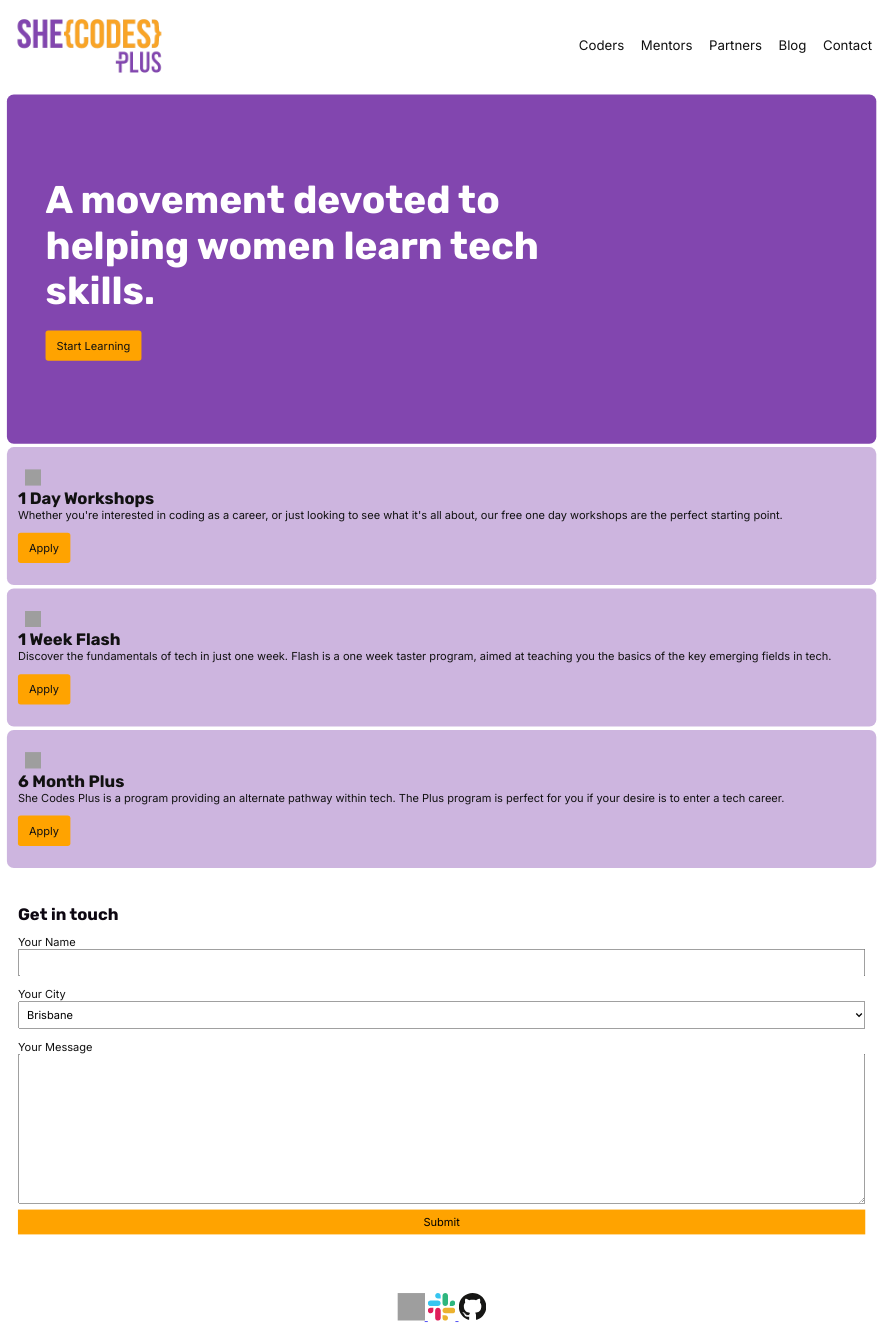
Repository: devashrisamani/website_shecodes_week1
Page: index.html
The author's editor kept a copy of each file at every save. The page is drawn from the files as they stood at one save, then again after the next save.
The browser window is 1280 px wide. The pictures show the whole page, at 69% of full size.
Pictures or frames that could not be fetched are drawn as grey boxes.

Above is the page before, as saved 2025-09-20 11:14:39.

After the next save:
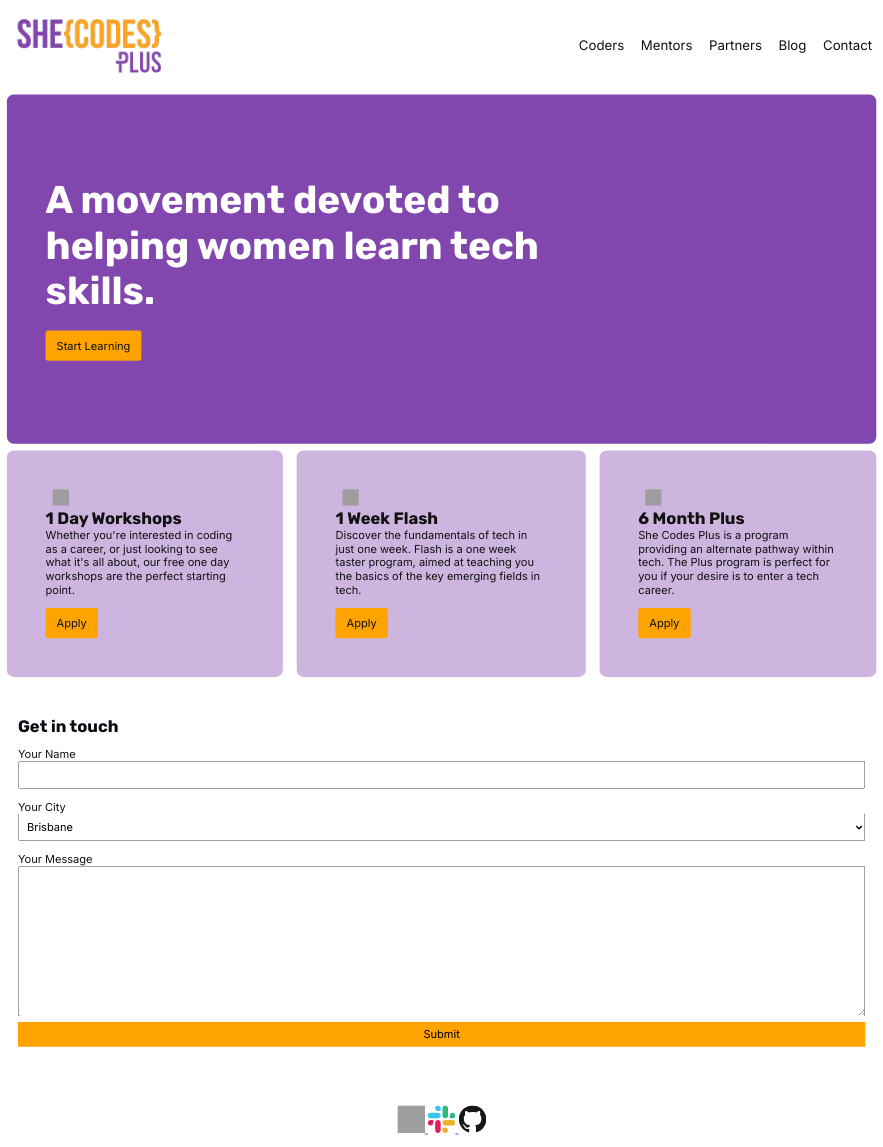
Saved 22 min 9 s later.
--- a/style.css
+++ b/style.css
@@ -14,7 +14,7 @@
 
 html {
   box-sizing: border-box;
-  font-size: 16px; /*1rem = 16px*/
+  font-size: 16px; /*1rem = 16px. Also, this is my root font size, which is what 'rem' size is relevant to*/
   font-family: "Inter", sans-serif;
   color: var(--black);
   scroll-behavior: smooth;
@@ -185,6 +185,7 @@
   color: var(--action);
 }
 
+/* Hero Media Query */
 @media (min-width: 768px) {
   .hero {
     padding: 120px 56px;
@@ -196,6 +197,14 @@
   }
 }
 
+/* .articles-container media query */
+@media (min-width: 768px) {
+  .articles-container {
+    display: flex;
+  }
+}
+
+/* article */
 article {
   padding: 32px 16px;
   background-color: var(--base-light);
@@ -204,6 +213,12 @@
   transition: all 0.3s ease;
 }
 
+@media (min-width: 768px) {
+  article {
+    padding: 56px;
+  }
+}
+
 article:hover {
   filter: contrast(150%);
 }
